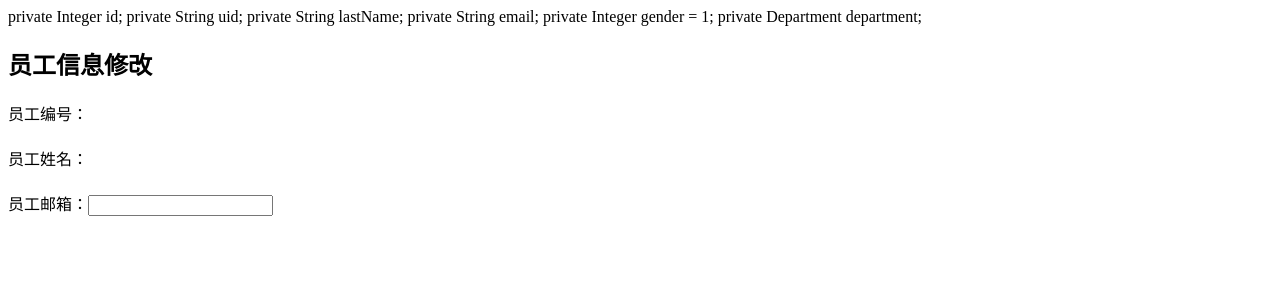
Repository: ocxz/spring
Page: http://localhost/8.SpringMVC_CRUD/WEB-INF/pages/edit.jsp
These files come from the project's save history. The page is drawn as it stood at one moment and after the next save; the edit follows.
The browser window is 1280 px wide. The pictures show the whole page.
The page is served by Tomcat 9. Nobody is signed in. Other server files are loaded and not shown. The template is opened directly, without the code that normally fills it, so the values that code supplies are empty.

Above is the page before, as saved 2019-12-06 04:37:03.

### Spring/代码/8.SpringMVC_CRUD/src/main/webapp/WEB-INF/pages/edit.jsp
<%@ page language="java" contentType="text/html; charset=UTF-8"
    pageEncoding="UTF-8"%>
<%@ taglib prefix="form" uri="http://www.springframework.org/tags/form" %>
<!DOCTYPE html>
<html>
<head>
<meta charset="UTF-8">
<title>员工信息修改</title>
</head>
<body>
	private Integer id;
	private String uid;
	private String lastName;
	private String email;
	private Integer gender = 1;
	private Department department;
	<h2>员工信息修改</h2>
	<form:form action="" modelAttribute="employee">
		员工编号：<h4>${employee.uid }</h4>
		员工姓名：<h4>${employee.lastName }</h4>
		员工邮箱：<form:input path="email"/>
	</form:form>
</body>
</html>

After the next save:
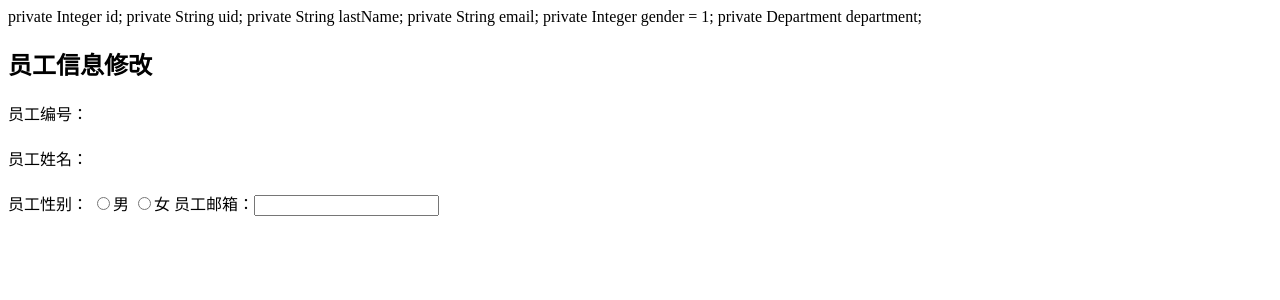
Saved 63 s later.
--- a/Spring/代码/8.SpringMVC_CRUD/src/main/webapp/WEB-INF/pages/edit.jsp
+++ b/Spring/代码/8.SpringMVC_CRUD/src/main/webapp/WEB-INF/pages/edit.jsp
@@ -18,6 +18,9 @@
 	<form:form action="" modelAttribute="employee">
 		员工编号：<h4>${employee.uid }</h4>
 		员工姓名：<h4>${employee.lastName }</h4>
+		员工性别：
+			<form:radiobutton path="gender" value="1" label="男"/>
+			<form:radiobutton path="gender" value="0" label="女"/>
 		员工邮箱：<form:input path="email"/>
 	</form:form>
 </body>
